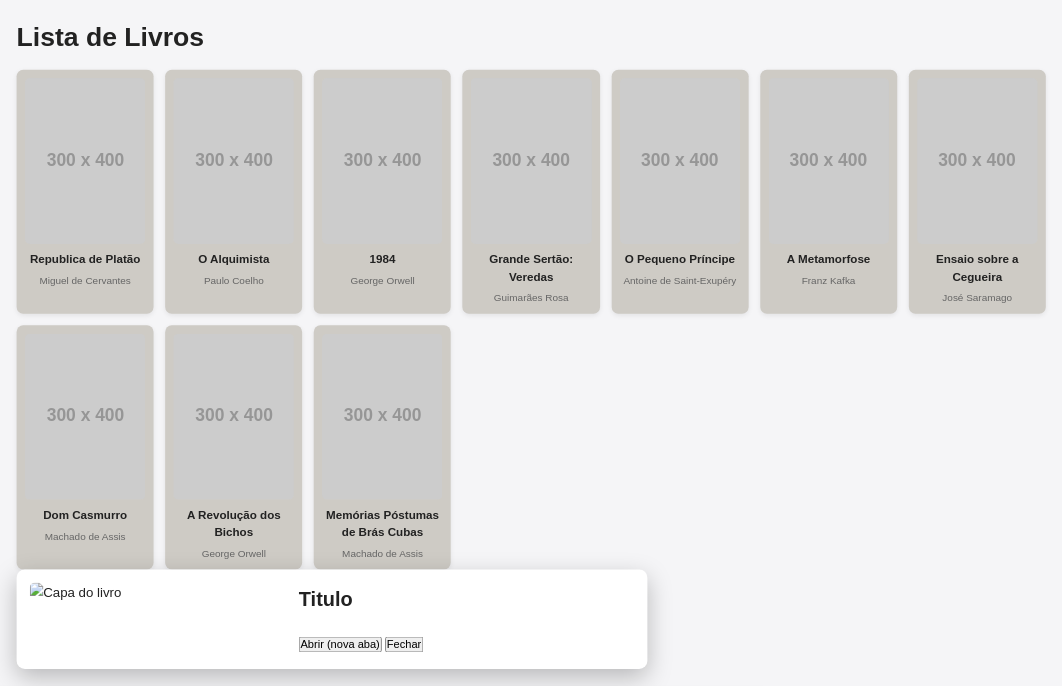
Repository: cleytonds/Biblioteca
Page: templates/lista_livros.HTML
These files come from the project's save history. The page is drawn as it stood at one moment and after the next save; the edit follows.
The browser window is 1280 px wide. The pictures show the whole page, at 83% of full size.

Above is the page before, as saved 2025-11-15 16:58:52.

### templates/lista_livros.HTML
<!DOCTYPE html>
<html lang="en">
<head>
    <meta charset="UTF-8">
    <meta name="viewport" content="width=device-width, initial-scale=1.0">
    <link rel="stylesheet" href="/Static/lista_de_livros.css">
    <link rel="stylesheet" href="/Static/modal.js">
    <title>Document</title>
</head>
<body>
    <h1>Lista de Livros</h1>

    <div class="books-grid" id="booksGrid">
    <!-- Cada .book tem data-attributes com infos que o JS usa -->
        <div class="book" data-title="Republica de Platão" data-author="Miguel de Cervantes" data-desc="Clássico da literatura espanhola. Acompanhe as aventuras de Dom Quixote e Sancho Pança." data-img="https://via.placeholder.com/300x400?text=Dom+Quixote" docs="file:///C:/Users/cleyton/Desktop/livros/Plat%C3%A3o.pdf">
        <img src="https://via.placeholder.com/300x400?text=Dom+Quixote" alt="Capa Dom Quixote">
        <div class="title">Republica de Platão</div>
        <div class="author">Miguel de Cervantes</div>
        </div>

        <div class="book" data-title="O Alquimista" data-author="Paulo Coelho" data-desc="Romance sobre a busca dos sonhos e do sentido da vida." data-img="https://via.placeholder.com/300x400?text=O+Alquimista" data-link="https://pt.wikipedia.org/wiki/O_Alquimista">
        <img src="https://via.placeholder.com/300x400?text=O+Alquimista" alt="Capa O Alquimista">
        <div class="title">O Alquimista</div>
        <div class="author">Paulo Coelho</div>
        </div>

        <div class="book" data-title="1984" data-author="George Orwell" data-desc="Distopia clássica que fala sobre vigilância, propaganda e totalitarismo." data-img="https://via.placeholder.com/300x400?text=1984" data-link="https://pt.wikipedia.org/wiki/1984_(romance)">
        <img src="https://via.placeholder.com/300x400?text=1984" alt="Capa 1984">
        <div class="title">1984</div>
        <div class="author">George Orwell</div>
        </div>

        <div class="book" data-title="Grande Sertão: Veredas" data-author="Guimarães Rosa" data-desc="Romance modernista brasileiro, com linguagem única e profunda." data-img="https://via.placeholder.com/300x400?text=Grande+Sert%C3%A3o" data-link="https://pt.wikipedia.org/wiki/Grande_Sert%C3%A3o:_Veredas">
        <img src="https://via.placeholder.com/300x400?text=Grande+Sert%C3%A3o" alt="Capa Grande Sertão">
        <div class="title">Grande Sertão: Veredas</div>
        <div class="author">Guimarães Rosa</div>
        </div>

        <div class="book" data-title="O Pequeno Príncipe" data-author="Antoine de Saint-Exupéry" data-desc="Fábula poética sobre amizade, amor e ver o essencial." data-img="https://via.placeholder.com/300x400?text=O+Pequeno+Pr%C3%ADncipe" data-link="https://pt.wikipedia.org/wiki/O_Pequeno_Pr%C3%ADncipe">
        <img src="https://via.placeholder.com/300x400?text=O+Pequeno+Pr%C3%ADncipe" alt="Capa O Pequeno Príncipe">
        <div class="title">O Pequeno Príncipe</div>
        <div class="author">Antoine de Saint-Exupéry</div>
        </div>

        <div class="book" data-title="A Metamorfose" data-author="Franz Kafka" data-desc="Conto sobre transformação e alienação humana." data-img="https://via.placeholder.com/300x400?text=A+Metamorfose" data-link="https://pt.wikipedia.org/wiki/A_Metamorfose">
        <img src="https://via.placeholder.com/300x400?text=A+Metamorfose" alt="Capa A Metamorfose">
        <div class="title">A Metamorfose</div>
        <div class="author">Franz Kafka</div>
        </div>

        <div class="book" data-title="Ensaio sobre a Cegueira" data-author="José Saramago" data-desc="Romance alegórico que mostra a fragilidade da sociedade." data-img="https://via.placeholder.com/300x400?text=Ensaio+sobre+a+Cegueira" data-link="https://pt.wikipedia.org/wiki/Ensaio_sobre_a_cegueira">
        <img src="https://via.placeholder.com/300x400?text=Ensaio+sobre+a+Cegueira" alt="Capa Ensaio sobre a Cegueira">
        <div class="title">Ensaio sobre a Cegueira</div>
        <div class="author">José Saramago</div>
        </div>

        <div class="book" data-title="Dom Casmurro" data-author="Machado de Assis" data-desc="Clássico brasileiro que explora ciúme e dúvida." data-img="https://via.placeholder.com/300x400?text=Dom+Casmurro" data-link="https://pt.wikipedia.org/wiki/Dom_Casmurro">
        <img src="https://via.placeholder.com/300x400?text=Dom+Casmurro" alt="Capa Dom Casmurro">
        <div class="title">Dom Casmurro</div>
        <div class="author">Machado de Assis</div>
        </div>

        <div class="book" data-title="A Revolução dos Bichos" data-author="George Orwell" data-desc="Fábula política que critica regimes totalitários." data-img="https://via.placeholder.com/300x400?text=A+Revolu%C3%A7%C3%A3o+dos+Bichos" data-link="https://pt.wikipedia.org/wiki/A_Revolu%C3%A7%C3%A3o_dos_Bichos">
        <img src="https://via.placeholder.com/300x400?text=A+Revolu%C3%A7%C3%A3o+dos+Bichos" alt="Capa A Revolução dos Bichos">
        <div class="title">A Revolução dos Bichos</div>
        <div class="author">George Orwell</div>
        </div>

        <div class="book" data-title="Memórias Póstumas de Brás Cubas" data-author="Machado de Assis" data-desc="Romance com narrador defunto e ironia refinada." data-img="https://via.placeholder.com/300x400?text=Mem%C3%B3rias+P%C3%B3stumas" data-link="https://pt.wikipedia.org/wiki/Mem%C3%B3rias_p%C3%B3stumas_de_Br%C3%A1s_Cubas">
        <img src="https://via.placeholder.com/300x400?text=Mem%C3%B3rias+P%C3%B3stumas" alt="Capa Memórias Póstumas">
        <div class="title">Memórias Póstumas de Brás Cubas</div>
        <div class="author">Machado de Assis</div>
        </div>

    </div>
    <!-- Modal (invisivel por padrão)-->
     <div class="Modal-backdrop" id="Modal-backdrop" aria-hidden="true">
        <div class="modal" role="dialog" aria-modal="true" aria-labelledby="modalTitle">
            <div class="modal-left">
                <img id="modalImg" src="" alt="Capa do livro">
            </div>
            <div class="modal-right">
                <h2 id="modal-right">Titulo</h2>
                <div id="modalAuthor" style="color:#666; font-size:14px;"></div>
                <p id="modaldesc"></p>
                <div class="actioms">
                    <button class="btn btn-primary" id="openLink">Abrir (nova aba)</button>
                    <button class="btn btn-close" id="closeModal">Fechar</button>
                </div>
            </div>
        </div>
     </div>
</body>
</html>

### Static/lista_de_livros.css
/*reset simples*/
*{
    box-sizing:border-box;
    margin: 0;
    padding: 0;
    font-family: Arial, sans-serif;
}
body{
    padding: 20px;
    background: #f5f5f7;
    color: #222;
    display: flex;
    flex-direction:column;
    justify-content: center;
    line-height: 1.5;

    min-width: 100vh;


}


/* A section é o container das imagens*/
section{
    display: flex;
    justify-content: center;
    align-items: center;
    gap: 30px;
    flex-wrap: wrap;
    padding: 20px;
}

h1{
    margin-bottom: 16px;

}
/*grid dos livros*/
.books-grid{
    display: grid;
    grid-template-columns: repeat(auto-fill, minmax(160px,1fr));
    gap: 14px;

}
.book {
    background: rgb(206, 203, 197);
    border-radius: 8px;
    padding: 10px;
    box-shadow: 0 2px 6px rgba(0,0,0,0.08);
    cursor: pointer;
    display: flex;
    flex-direction: column;
    align-items: center;
    text-align: center;
    transition: transform .12s ease, box-shadow .12s;

}
.book:hover{
    transform: translateY(-4pc);
    box-shadow: 0 6px 18px rgba(0,0,0,0.15);
}
.book img{
    width: 100%;
    height: 200px;
    object-fit: cover;
    border-radius: 6px;
    margin-bottom: 8px;

}
.book .title {
    font-weight:700 ;
    font-size: 14px;
    margin-bottom: 6px;

}
.book .author {
    font-size: 12px; color: #666;

}
/* modal*/
.modal-backdrop {
    position: fixed;
    inset: 0;
    background: rgba(0,0,0,0.45);
    display: none;
    align-items: center;
    justify-content: center;
    padding: 20px;
}
.modal {
    width: 100%;
    max-width: 760px;
    background: #fff;
    border-radius: 10px;
    overflow: hidden;
    display: flex;
    gap: 18px;
    box-shadow: 0 10px 30px rgba(0,0,0,0.25);
}
.modal-left {width: 40%; min-width: 200px; padding: 16px;}
.modal-left img { width: 100%; height: auto; border-radius: 6px; display: block;}
.modal-right { padding: 18px; flex: 1; display: flex; flex-direction: column; gap: 8px;}
.modal h2 { margin-top: 0;}
.modal p { color: #333; line-height: 1.4;}
.modal .actions {margin-top: auto; display: flex; gap: 8px; }
.bnt {
    padding: 8px 12px;
    border-radius: 6px;
    border: none;
    cursor: pointer;
    font-weight: 600;
}
.bnt-primary { background: #2563eb; color: rgb(218, 204, 179);}
.bnt-close { background: #eee; color: #222;}

@media (max-width:640px){
    .modal { flex-direction: column;}
    .modal-left { width: 100%;}
}

### Static/modal.js
//Lógica: pegar todos os elementos .book e abrir modal com os dara-attributes

    const books = document.querySelectorAll('.book');
    const modalBackdrop = document.getElementById('modalBackdrop');
    const modalTitle = document.getElementById('modalTitle');
    const modalAuthor = document.getElementById('modalAuthor');
    const modalDesc = document.getElementById('modalDesc');
    const modalImg = document.getElementById('modalImg');
    const openLinkBtn = document.getElementById('openLink');
    const closeModalBtn = document.getElementById('closeModal');

    let currentLink = '#';

    books.forEach(book => {
      book.addEventListener('click', () => {
        const title = book.dataset.title;
        const author = book.dataset.author;
        const desc = book.dataset.desc;
        const img = book.dataset.img;
        const link = book.dataset.link;

        modalTitle.textContent = title;
        modalAuthor.textContent = author;
        modalDesc.textContent = desc;
        modalImg.src = img;
        modalImg.alt = 'Capa ' + title;
        currentLink = link || '#';

        modalBackdrop.style.display = 'flex';
        modalBackdrop.setAttribute('aria-hidden','false');
      });
    });

    // abrir link em nova aba
    openLinkBtn.addEventListener('click', () => {
      if (currentLink && currentLink !== '#') {
        window.open(currentLink, '_blank');
      } else {
        alert('Nenhum link configurado para este livro.');
      }
    });

    // fechar modal
    closeModalBtn.addEventListener('click', closeModal);
    modalBackdrop.addEventListener('click', (e) => {
      if (e.target === modalBackdrop) closeModal();
    });
    document.addEventListener('keydown', (e) => {
      if (e.key === 'Escape') closeModal();
    });

    function closeModal() {
      modalBackdrop.style.display = 'none';
      modalBackdrop.setAttribute('aria-hidden','true');
    }

After the next save:
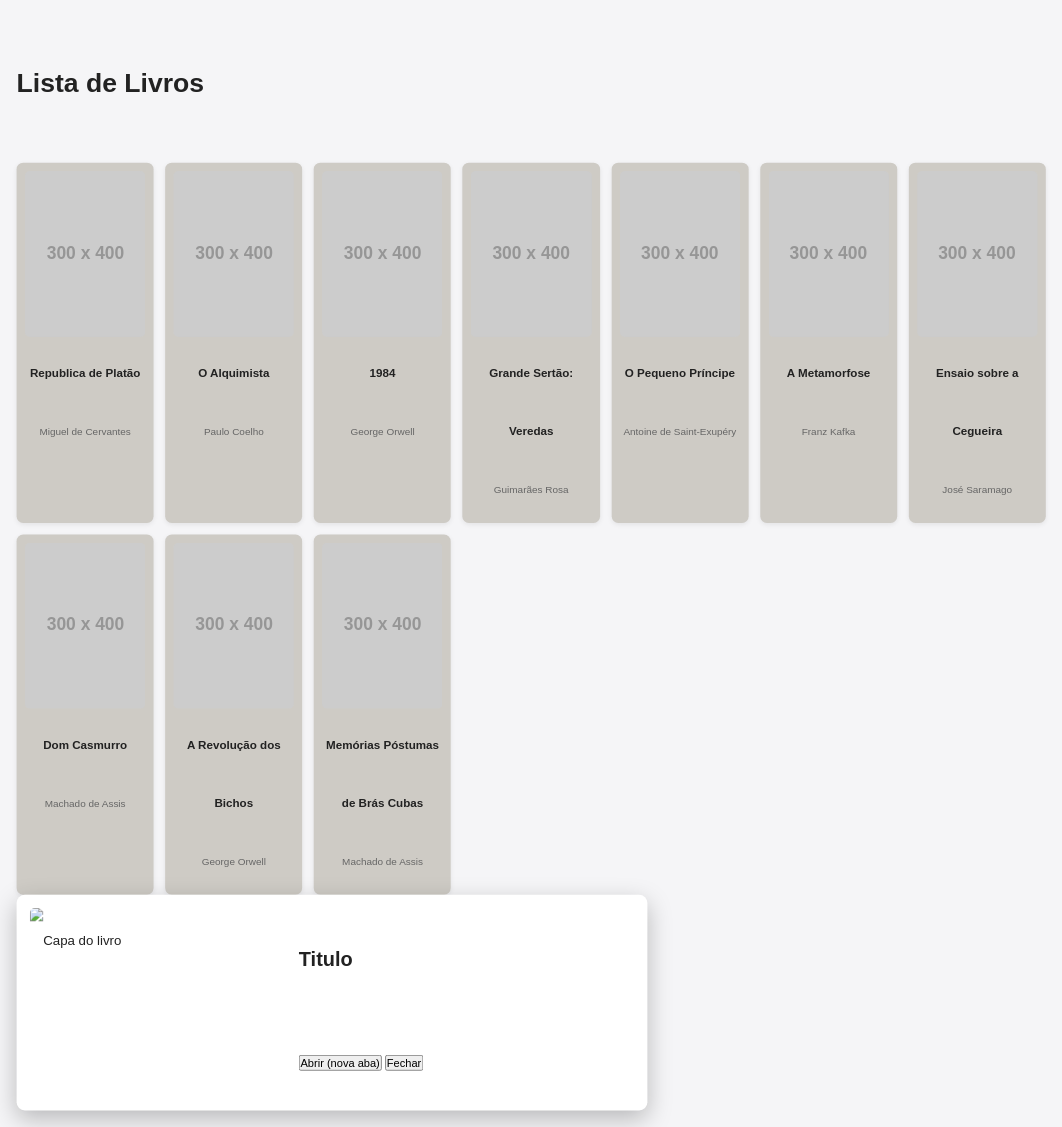
Saved 7 s later.
--- a/Static/lista_de_livros.css
+++ b/Static/lista_de_livros.css
@@ -12,7 +12,7 @@
     display: flex;
     flex-direction:column;
     justify-content: center;
-    line-height: 1.5;
+    line-height: 5.0;
 
     min-width: 100vh;
 
